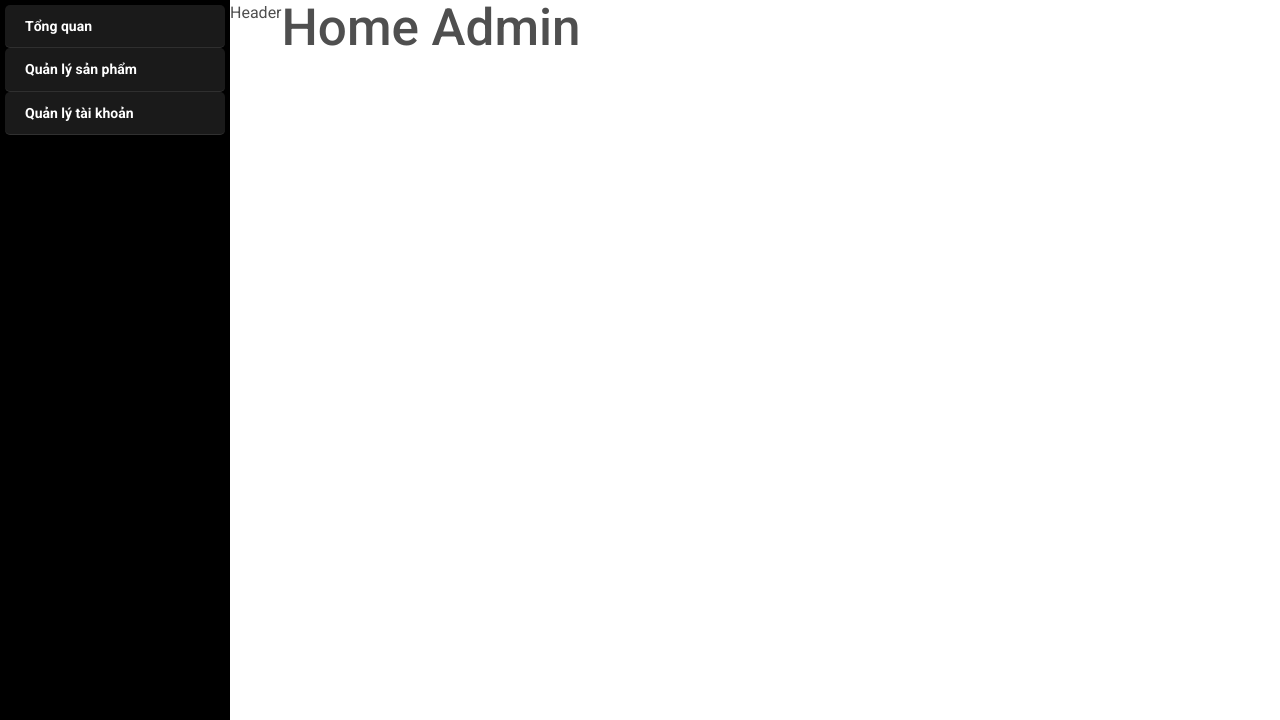
Repository: TinhTT336/MD02_Session10
Page: /admin
These files come from the project's save history. The page is drawn as it stood at one moment and after the next save; the edit follows.
The browser window is 1280 px wide. The pictures show the whole page.
Some web libraries are served in a nearby version. The project was rebuilt for these pictures with package versions that can differ from the ones it lists, and the page was loaded fresh each time. Also part of the build but not shown: vite.config.js, src/layouts/Navbar.jsx, src/layouts/Footer.jsx, src/components/base/button/button.css, src/components/base/button/Button.jsx, src/pages/Home.jsx, src/common/formatMoney.js, src/actions/cartActions.js and 11 more.

Above is the page before, as saved 2023-09-08 16:18:13.

After the next save:
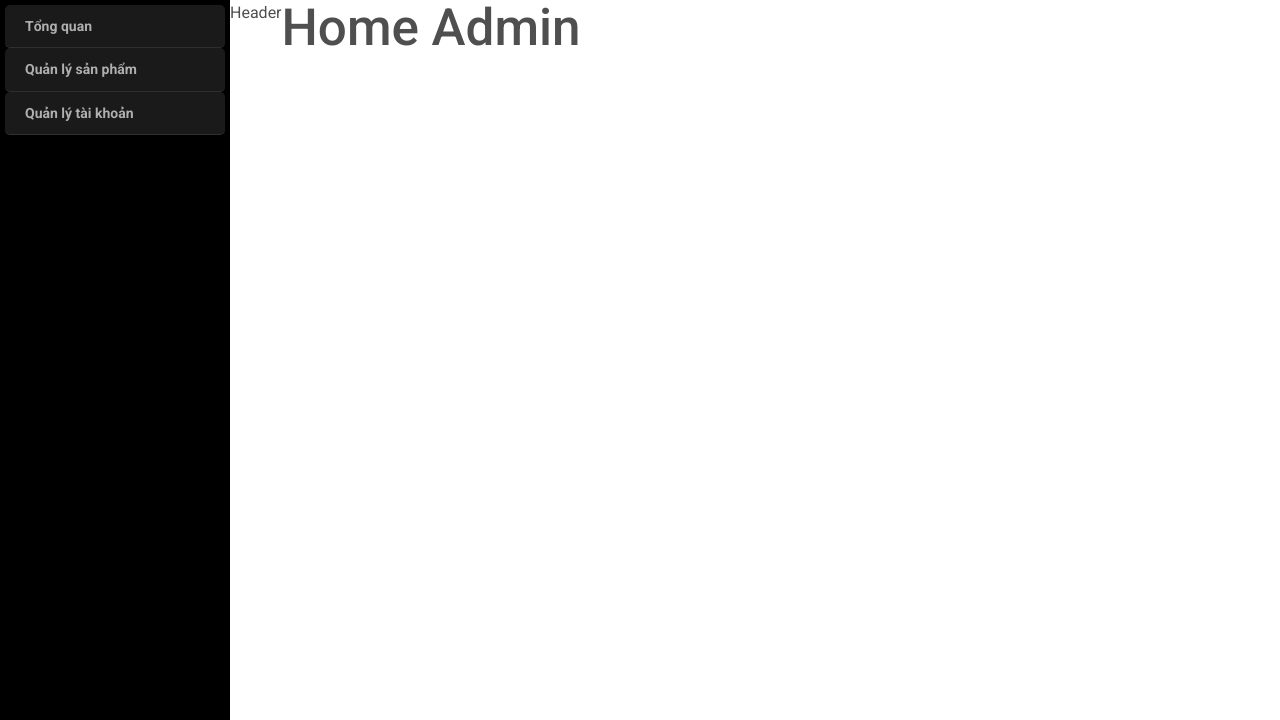
Saved 21 s later.
--- a/src/layouts/admin/sidebar/sidebar.css
+++ b/src/layouts/admin/sidebar/sidebar.css
@@ -23,13 +23,13 @@
   border-radius: 5px;
   transition: all.3s ease;
   box-shadow: 0 1px 3px rgba(0, 0, 0, 0.12), 0 1px 2px rgba(0, 0, 0, 0.24);
-  color: #fff !important;
 }
 
 .router-item:hover {
   background-color: rgba(255, 255, 255, 0.2);
   box-shadow: 0 14px 26px -12px rgba(0, 0, 0, 0.42),
     0 4px 23px 0px rgba(0, 0, 0, 0.12), 0 8px 10px -5px rgba(0, 0, 0, 0.2);
+  color: #fff !important;
 }
 
 .router-item:hover.router-item-icon {
